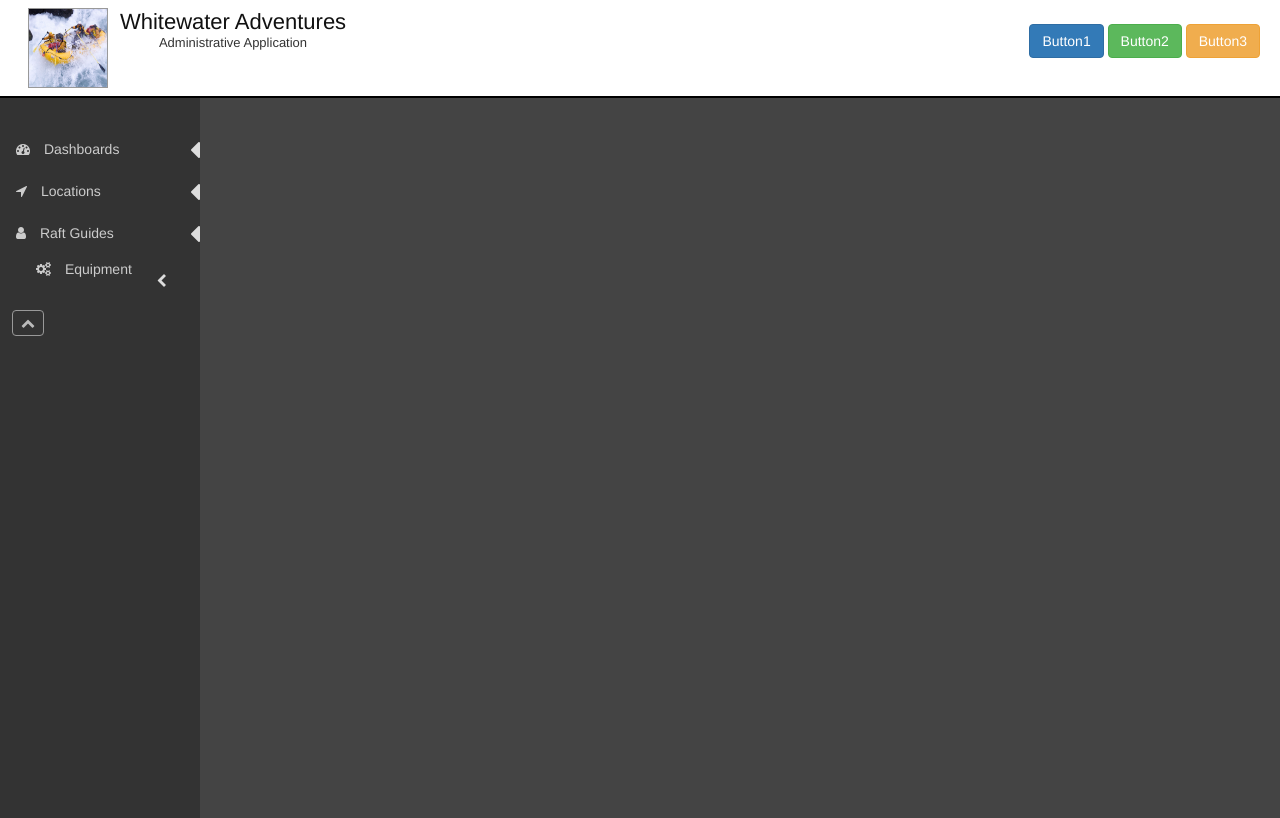
Repository: chetana161992/white
Page: index.html
The author's editor kept a record of every edit. The page is drawn from the files as they stood at one moment, then again after the next edit.
The browser window is 1280 px wide. The pictures show the whole page.
Some web libraries are served in a nearby version.

Above is the page before.

After the next edit:
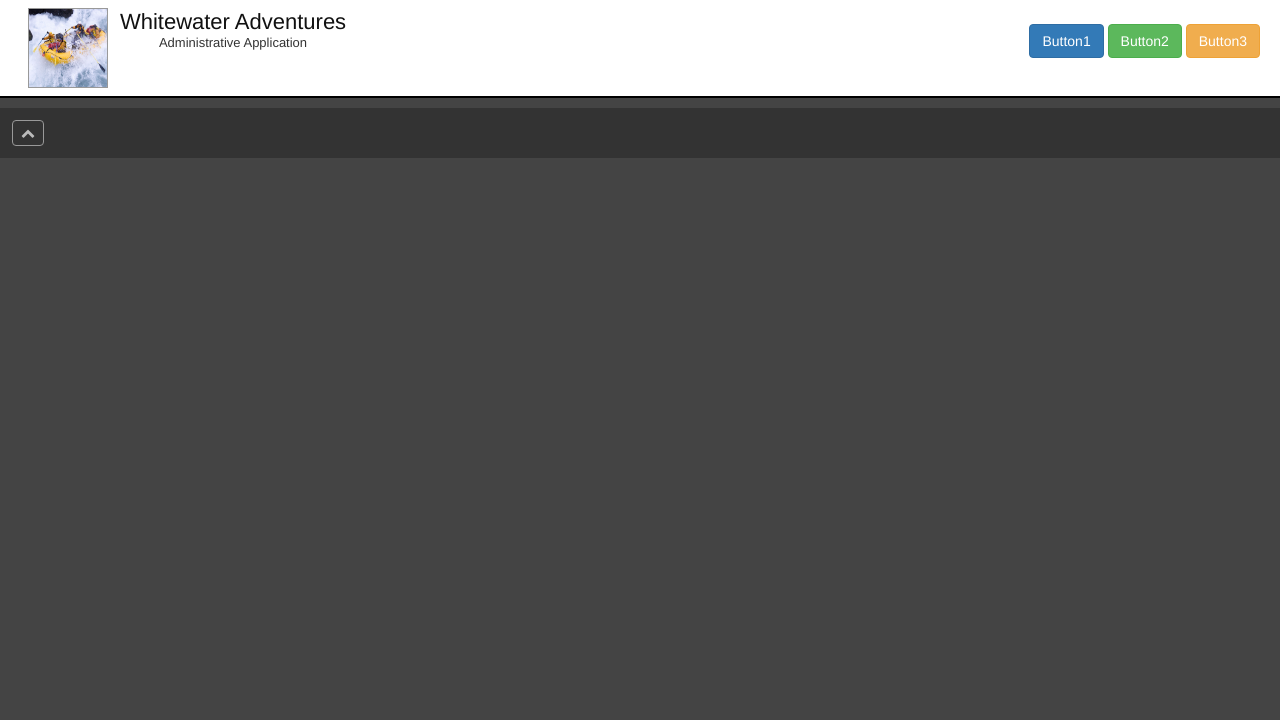
The edit:
--- a/extModules/psMenu/psMenuController.js
+++ b/extModules/psMenu/psMenuController.js
@@ -11,6 +11,10 @@
 		};
 			this.setActiveElement=function(el){
 				$scope.activeElement=el;
+			};
+
+			thi.isVertical=function(){
+
 			};
 
 			this.setRoute=function(route){

After the edit that followed:
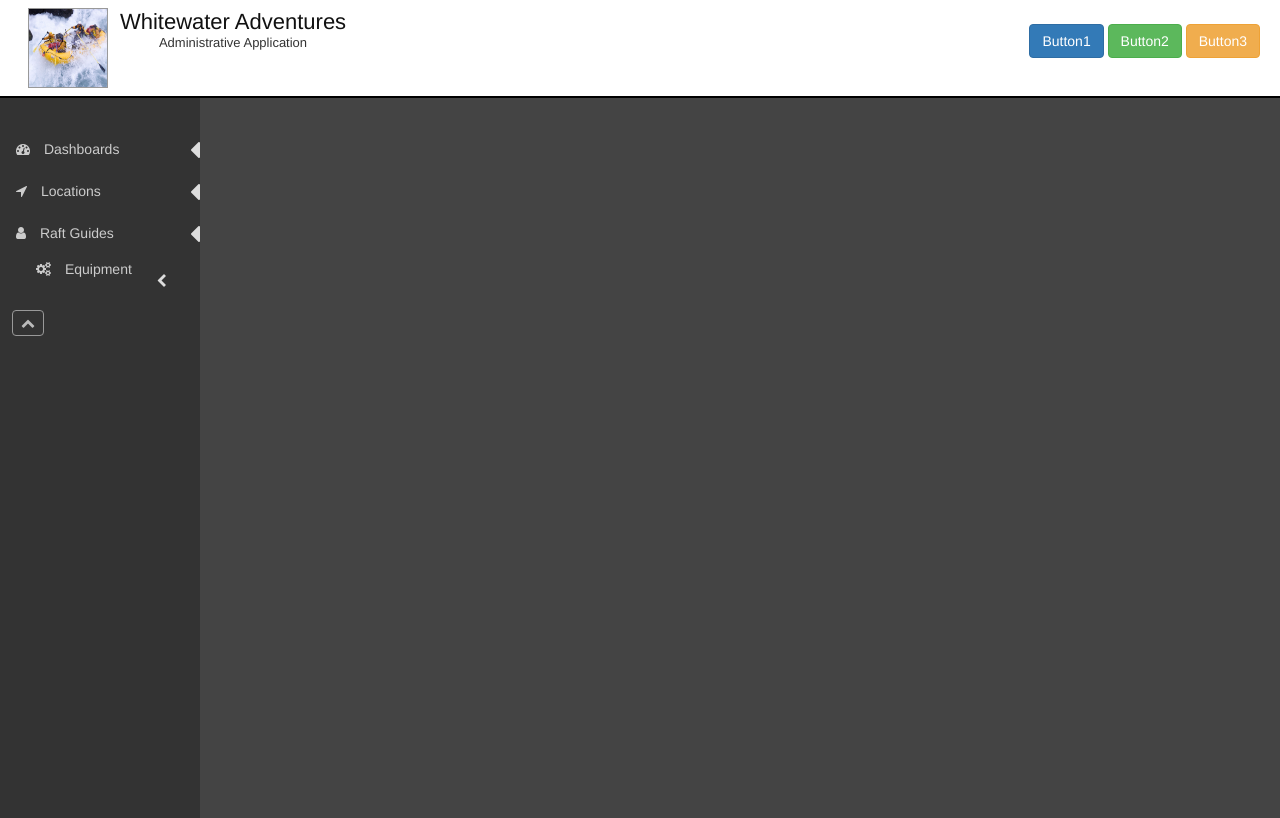
The edit:
--- a/extModules/psMenu/psMenuController.js
+++ b/extModules/psMenu/psMenuController.js
@@ -13,8 +13,8 @@
 				$scope.activeElement=el;
 			};
 
-			thi.isVertical=function(){
-
+			this.isVertical=function(){
+				return $scope.isVertical;
 			};
 
 			this.setRoute=function(route){
